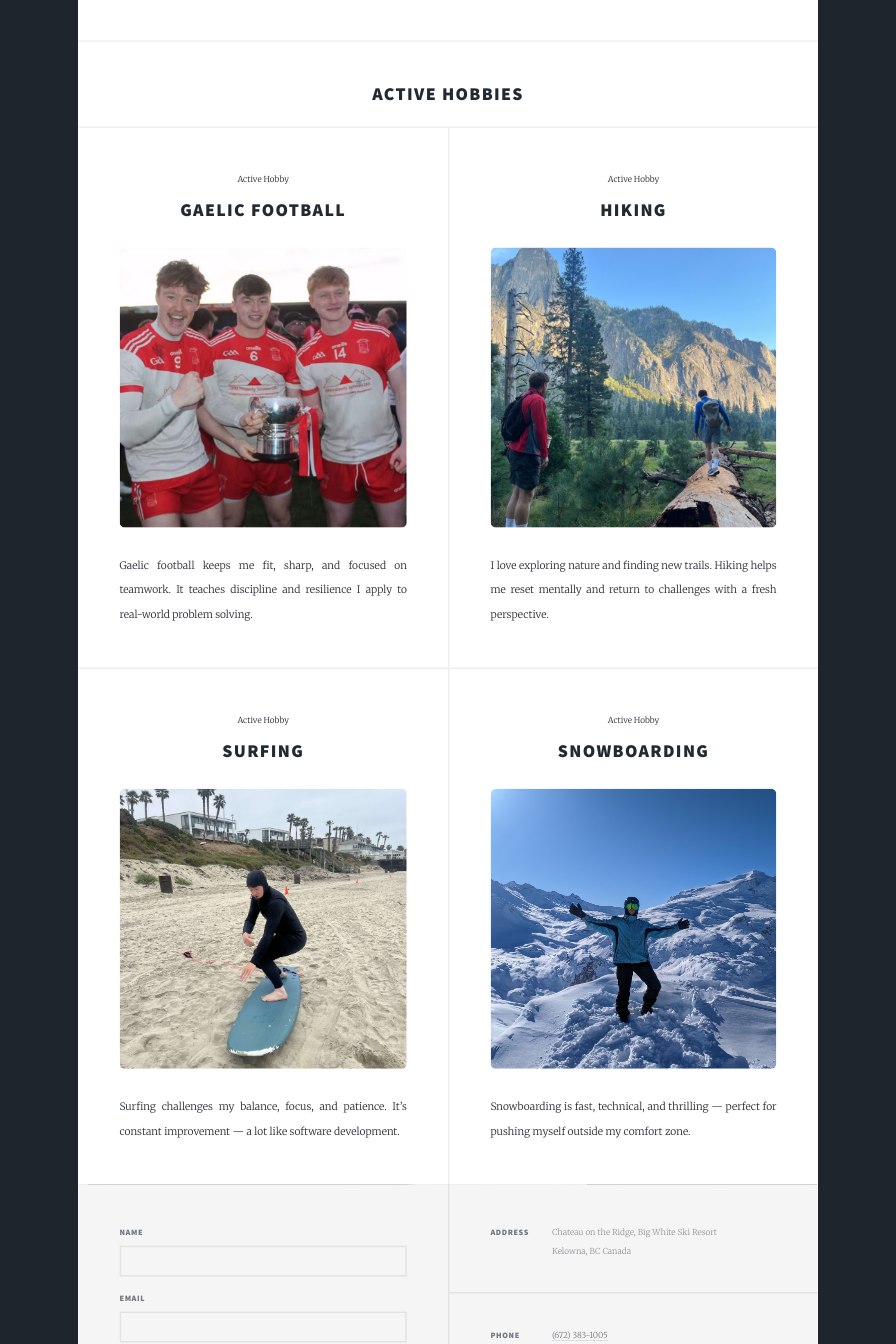
Repository: ciaranscan6/PersonalWebsite
Page: about-me.html
The author's editor kept a copy of each file at every save. The page is drawn from the files as they stood at one save, then again after the next save.
The browser window is 1280 px wide. The pictures show the part of the page from y = 1984 to 3904 px (the page is 4350 px tall before and 4265 px after), at 70% of full size.
A picture or video elsewhere on the page could not be fetched, so the positions and the page height are approximate.

Above is the page before, as saved 2025-11-22 03:55:17.

After the next save:
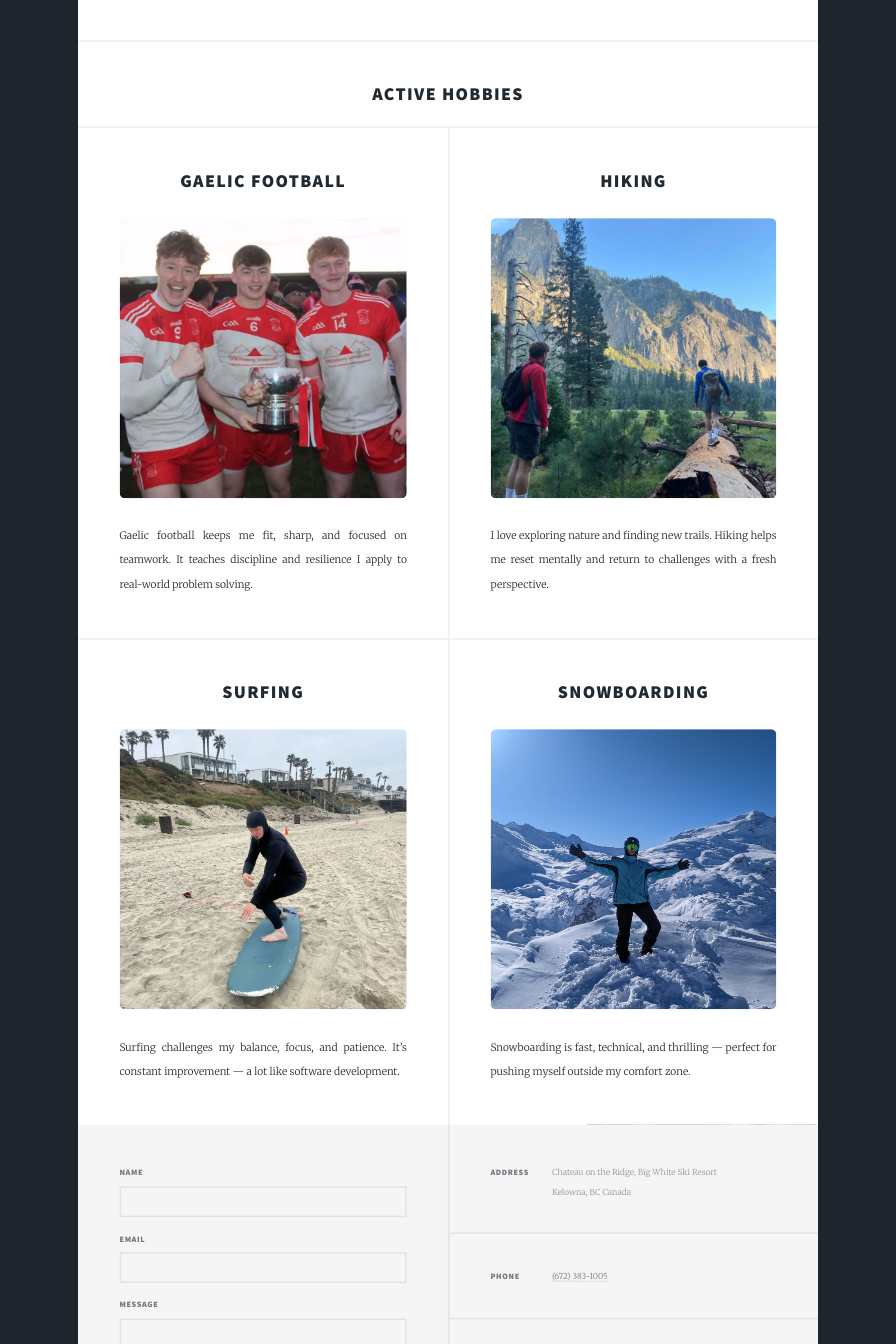
Saved 44 s later.
--- a/about-me.html
+++ b/about-me.html
@@ -93,7 +93,6 @@
 							<section class="posts">
 									<article>
 										<header>
-											<span class="date">Active Hobby</span>
 											<h2><a href="#">Gaelic Football</a></h2>
 										</header>
 
@@ -109,7 +108,6 @@
 
 									<article>
 										<header>
-											<span class="date">Active Hobby</span>
 											<h2><a href="#">Hiking</a></h2>
 										</header>
 
@@ -126,7 +124,6 @@
 
 									<article>
 										<header>
-											<span class="date">Active Hobby</span>
 											<h2><a href="#">Surfing</a></h2>
 										</header>
 
@@ -143,7 +140,6 @@
 
 									<article>
 										<header>
-											<span class="date">Active Hobby</span>
 											<h2><a href="#">Snowboarding</a></h2>
 										</header>
 
